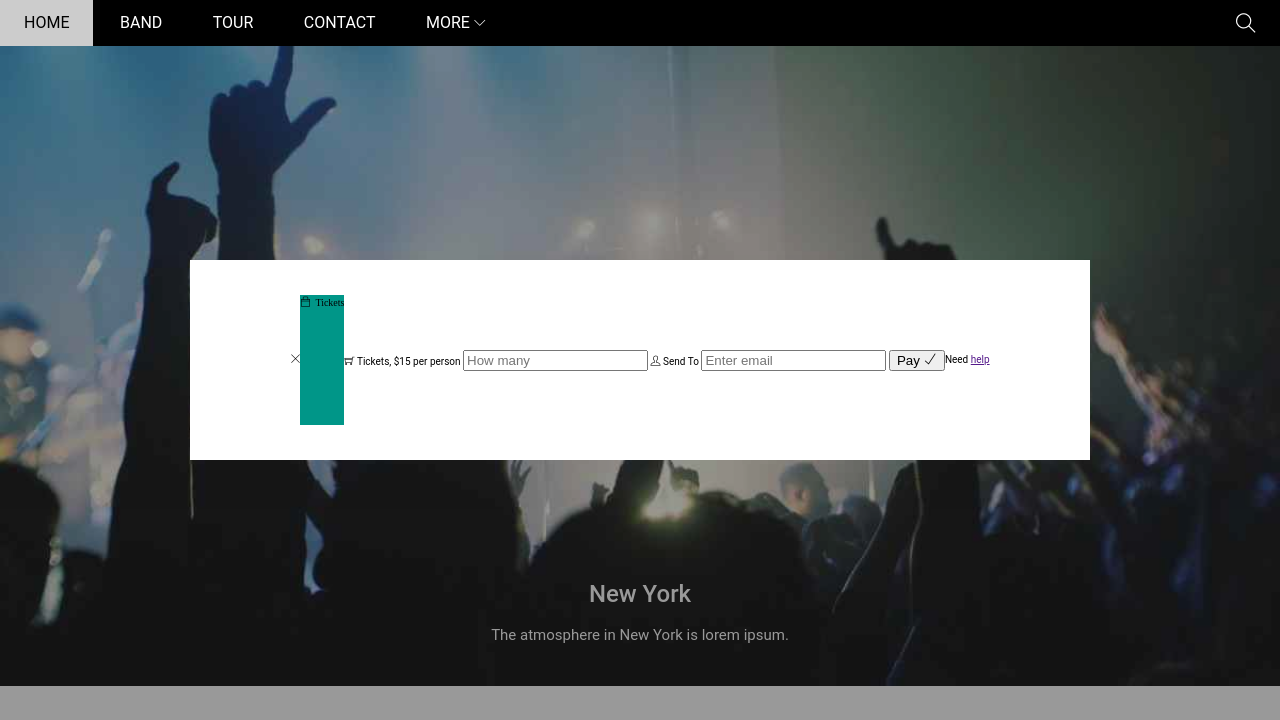
Repository: vuongld315/myLandingPage
Page: index.html
The author's editor kept a copy of each file at every save. The page is drawn from the files as they stood at one save, then again after a run of saves.
The browser window is 1280 px wide. The pictures show the window.
A layer covers the whole window, so only the first screen is drawn.

Above is the page before, as saved 2022-07-27 11:55:34.

After the next 2 saves:
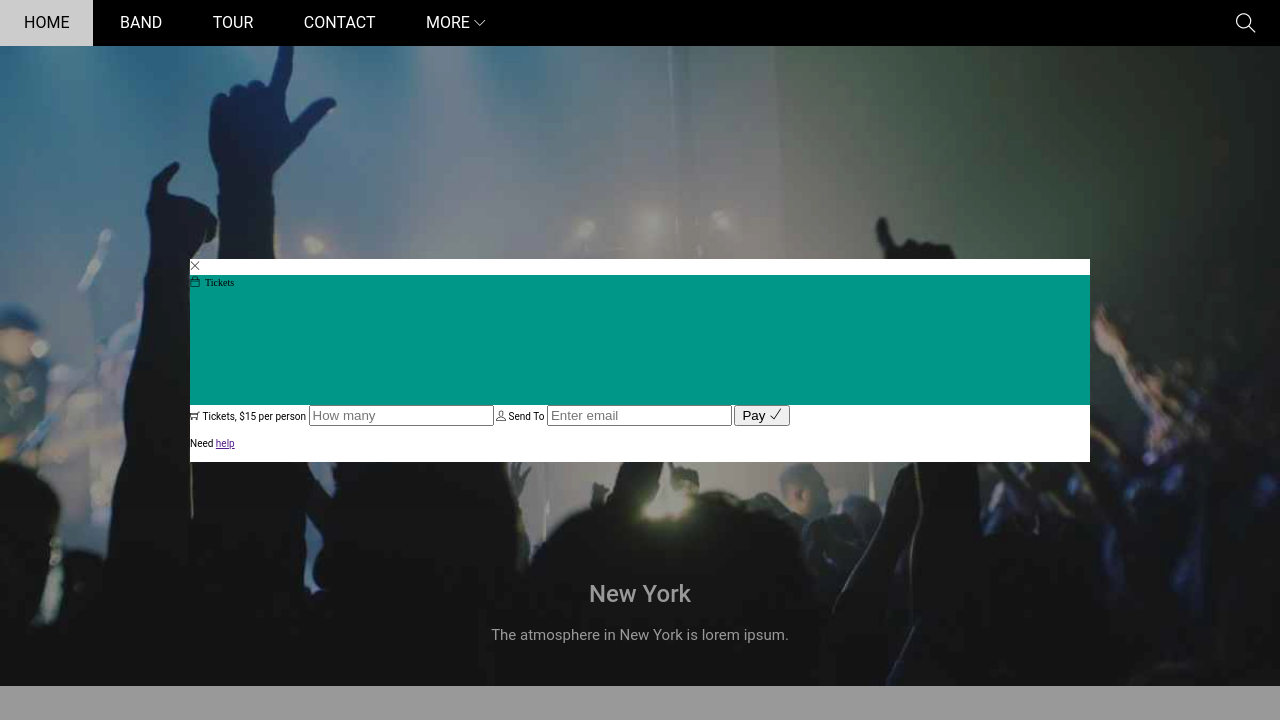
The 2 saves are shown as one change because they came seconds apart.
The last was saved 8 s later.
--- a/assets/css/main.css
+++ b/assets/css/main.css
@@ -281,9 +281,6 @@ body    {
     background-color: #fff;
     width: 900px;
     min-height: 200px;
-    display: flex;
-    justify-content: center;
-    align-items: center;
 }
 
 .modal-header   {
